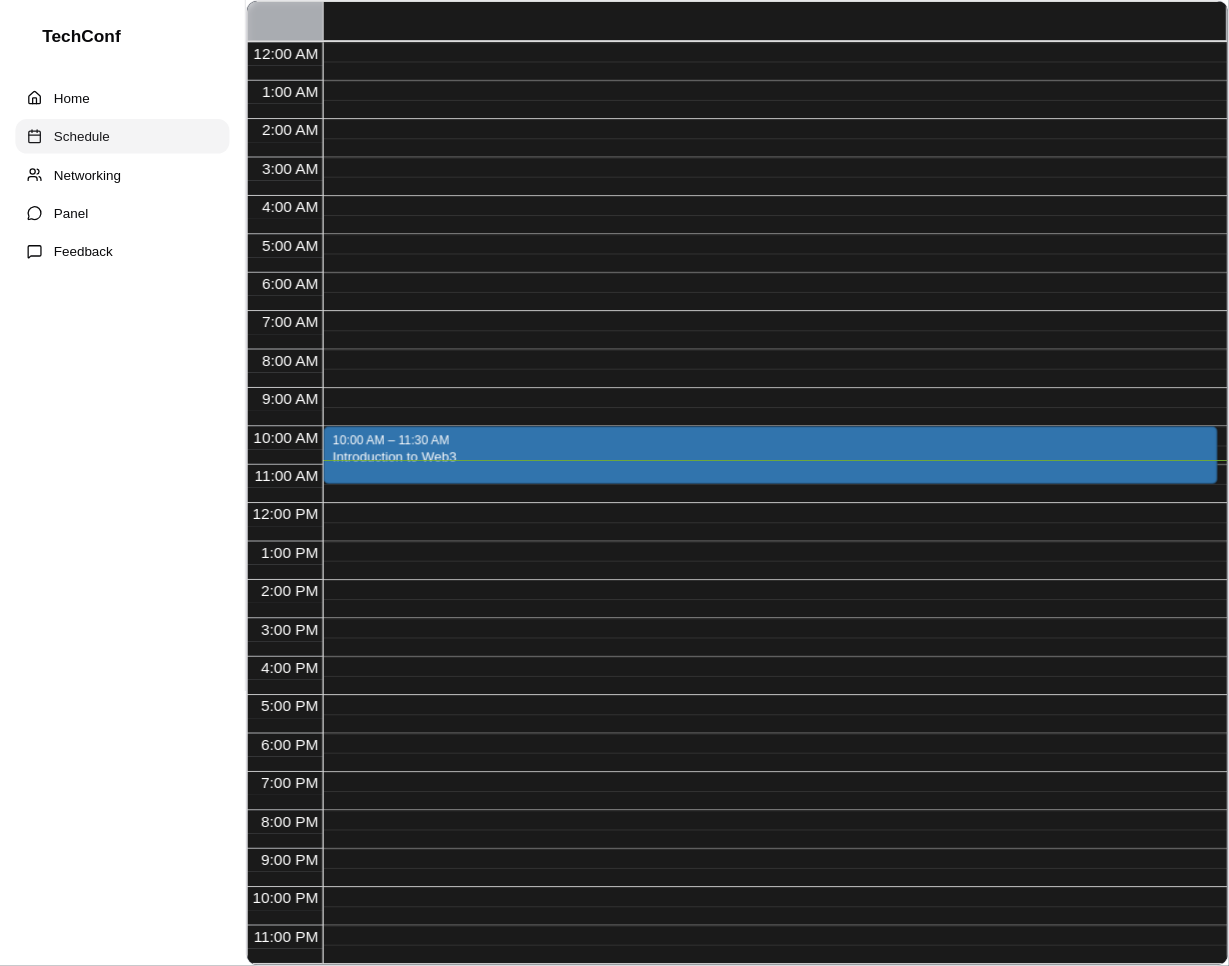
Repository: mrnavdal/symposium-2024
Page: /schedule (app in symposium24/)
An editor plug-in stored every save of this project. The page is shown before and after the next save, followed by the edit.
The browser window is 1280 px wide. The pictures show the whole page, at 96% of full size.
The project was rebuilt for these pictures with package versions that can differ from the ones it lists, and the page was loaded fresh each time. The framework's server and built-in components were replaced by stand-ins that run in the browser. Also part of the build but not shown: symposium24/next.config.ts.

Above is the page before, as saved 2024-11-08 13:40:15.

### symposium24/src/app/layout.tsx
import type { Metadata } from "next";
import localFont from "next/font/local";
import { ThemeProvider } from "@/components/ThemeProvider";
import { Navigation } from "@/components/Navigation";
import "./globals.css";
import '@/styles/calendar.css'

const geistSans = localFont({
  src: "./fonts/GeistVF.woff",
  variable: "--font-geist-sans",
  weight: "100 900",
});
const geistMono = localFont({
  src: "./fonts/GeistMonoVF.woff",
  variable: "--font-geist-mono",
  weight: "100 900",
});

export const metadata: Metadata = {
  title: "TechConf 2024",
  description: "Conference schedule and information",
};

export default function RootLayout({
  children,
}: Readonly<{
  children: React.ReactNode;
}>) {
  return (
    <html lang="en" suppressHydrationWarning>
      <body
        className={`${geistSans.variable} ${geistMono.variable} antialiased min-h-screen`}
      >
        <ThemeProvider
          attribute="class"
          defaultTheme="system"
          enableSystem
          disableTransitionOnChange
        >
          <Navigation />
          <main className="pb-16 md:pb-0 md:pl-64">
            {children}
          </main>
        </ThemeProvider>
      </body>
    </html>
  );
}

### symposium24/src/app/schedule/page.tsx
import { Calendar } from '@/components/Calendar'
import { PageTransition } from '@/components/PageTransition'
import { events } from '@/data/events'

export default function SchedulePage() {
  return (
    <PageTransition>

        <div className="h-full rounded-lg overflow-hidden border bg-card/50">
          <Calendar events={events} />
        </div>

    </PageTransition>
  )
}

### symposium24/src/components/ThemeProvider.tsx
'use client'

import * as React from 'react'
import { ThemeProvider as NextThemesProvider } from 'next-themes'

interface ThemeProviderProps {
  children: React.ReactNode
  attribute?: string
  defaultTheme?: string
  enableSystem?: boolean
  disableTransitionOnChange?: boolean
}

export function ThemeProvider({
  children,
  attribute,
  defaultTheme,
  enableSystem,
  disableTransitionOnChange,
}: ThemeProviderProps) {
  return (
    <NextThemesProvider
      attribute={attribute as 'class' | 'data-theme'}
      defaultTheme={defaultTheme}
      enableSystem={enableSystem}
      disableTransitionOnChange={disableTransitionOnChange}
    >
      {children}
    </NextThemesProvider>
  )
}

### symposium24/src/components/Navigation.tsx
'use client'

import { usePathname } from 'next/navigation'
import Link from 'next/link'
import { cn } from '@/lib/utils'
import {
  Home,
  Calendar,
  Users,
  MessageCircle,
  MessageSquare,
  LucideIcon
} from 'lucide-react'

interface NavItem {
  href: string
  label: string
  icon: LucideIcon
}

const navItems: NavItem[] = [
  { href: '/', label: 'Home', icon: Home },
  { href: '/schedule', label: 'Schedule', icon: Calendar },
  { href: '/networking', label: 'Networking', icon: Users },
  { href: '/discussion', label: 'Panel', icon: MessageCircle },
  { href: '/feedback', label: 'Feedback', icon: MessageSquare },
]

export function Navigation() {
  const pathname = usePathname()

  return (
    <>
      {/* Desktop Side Navigation */}
      <nav className="hidden md:flex fixed left-0 top-0 h-screen w-64 border-r bg-background p-4">
        <div className="space-y-4 w-full">
          <div className="px-3 py-2">
            <h2 className="mb-2 px-4 text-lg font-semibold">TechConf</h2>
          </div>
          <div className="space-y-1">
            {navItems.map((item) => (
              <Link
                key={item.href}
                href={item.href}
                className={cn(
                  'flex items-center gap-3 rounded-lg px-3 py-2 text-sm transition-colors',
                  pathname === item.href
                    ? 'bg-secondary text-secondary-foreground'
                    : 'hover:bg-secondary/80'
                )}
              >
                <item.icon className="h-4 w-4" />
                {item.label}
              </Link>
            ))}
          </div>
        </div>
      </nav>

      {/* Mobile Bottom Navigation */}
      <nav className="md:hidden fixed bottom-0 left-0 right-0 border-t bg-background z-50">
        <div className="flex items-center justify-around">
          {navItems.map((item) => (
            <Link
              key={item.href}
              href={item.href}
              className={cn(
                'flex flex-col items-center gap-1 p-3 text-xs',
                pathname === item.href
                  ? 'text-primary'
                  : 'text-muted-foreground'
              )}
            >
              <item.icon className="h-5 w-5" />
              <span>{item.label}</span>
            </Link>
          ))}
        </div>
      </nav>

      {/* Content Padding for Mobile Bottom Nav */}
      <div className="pb-16 md:pb-0 md:pl-64">
        {/* This div wraps the main content to provide padding */}
      </div>
    </>
  )
}

### symposium24/src/app/globals.css
@tailwind base;
@tailwind components;
@tailwind utilities;

body {
  font-family: Arial, Helvetica, sans-serif;
}

@layer base {
  :root {
    --background: 0 0% 100%;
    --foreground: 240 10% 3.9%;
    --card: 0 0% 100%;
    --card-foreground: 240 10% 3.9%;
    --popover: 0 0% 100%;
    --popover-foreground: 240 10% 3.9%;
    --primary: 240 5.9% 10%;
    --primary-foreground: 0 0% 98%;
    --secondary: 240 4.8% 95.9%;
    --secondary-foreground: 240 5.9% 10%;
    --muted: 240 4.8% 95.9%;
    --muted-foreground: 240 3.8% 46.1%;
    --accent: 240 4.8% 95.9%;
    --accent-foreground: 240 5.9% 10%;
    --destructive: 0 84.2% 60.2%;
    --destructive-foreground: 0 0% 98%;
    --border: 240 5.9% 90%;
    --input: 240 5.9% 90%;
    --ring: 240 5.9% 10%;
    --chart-1: 12 76% 61%;
    --chart-2: 173 58% 39%;
    --chart-3: 197 37% 24%;
    --chart-4: 43 74% 66%;
    --chart-5: 27 87% 67%;
    --radius: 0.75rem;
  }
  .dark {
    --background: 240 10% 3.9%;
    --foreground: 0 0% 98%;
    --card: 240 10% 3.9%;
    --card-foreground: 0 0% 98%;
    --popover: 240 10% 3.9%;
    --popover-foreground: 0 0% 98%;
    --primary: 0 0% 98%;
    --primary-foreground: 240 5.9% 10%;
    --secondary: 240 3.7% 15.9%;
    --secondary-foreground: 0 0% 98%;
    --muted: 240 3.7% 15.9%;
    --muted-foreground: 240 5% 64.9%;
    --accent: 240 3.7% 15.9%;
    --accent-foreground: 0 0% 98%;
    --destructive: 0 62.8% 30.6%;
    --destructive-foreground: 0 0% 98%;
    --border: 240 3.7% 15.9%;
    --input: 240 3.7% 15.9%;
    --ring: 240 4.9% 83.9%;
    --chart-1: 220 70% 50%;
    --chart-2: 160 60% 45%;
    --chart-3: 30 80% 55%;
    --chart-4: 280 65% 60%;
    --chart-5: 340 75% 55%;
  }
}

@layer base {
  * {
    @apply border-border;
  }
  body {
    @apply bg-background text-foreground;
  }
}

### symposium24/src/styles/calendar.css
/* Dark mode styles */
.rbc-calendar-dark {
  @apply text-white;
}

.rbc-calendar-dark .rbc-header {
  @apply bg-muted/50 border-border text-muted-foreground font-medium;
}

.rbc-calendar-dark .rbc-time-view {
  @apply border-border bg-card/50 backdrop-blur-sm;
}

.rbc-calendar-dark .rbc-time-header {
  @apply bg-muted/50 border-border;
}

.rbc-calendar-dark .rbc-time-content {
  @apply border-border;
}

.rbc-calendar-dark .rbc-time-slot {
  @apply text-muted-foreground;
}

.rbc-calendar-dark .rbc-today {
  @apply bg-muted/50;
}

.rbc-calendar-dark .rbc-current-time-indicator {
  @apply bg-primary;
}

/* General styles */
.rbc-header {
  @apply py-3 font-medium text-muted-foreground border-border bg-muted/30;
}

.rbc-time-view {
  @apply border-border bg-card/50 backdrop-blur-sm;
}

.rbc-time-header {
  @apply border-border bg-muted/30;
}

.rbc-time-content {
  @apply border-border;
}

.rbc-event {
  @apply rounded-md border shadow-sm;
}

.rbc-event-content {
  @apply text-sm font-medium;
}

.rbc-today {
  @apply bg-muted/30;
}

.rbc-current-time-indicator {
  @apply bg-primary;
}

.rbc-toolbar {
  @apply mb-4;
}

.rbc-toolbar button {
  @apply rounded-md border-border bg-card hover:bg-muted/50 transition-colors;
}

.rbc-toolbar button.rbc-active {
  @apply bg-primary text-primary-foreground hover:bg-primary/90;
}

.rbc-time-slot {
  @apply text-muted-foreground;
}

### symposium24/src/components/Calendar.tsx
'use client'

import { Calendar as BigCalendar, momentLocalizer, View } from 'react-big-calendar'
import moment from 'moment'
import { CalendarEvent } from '@/types/event'
import { cn } from '@/lib/utils'
import { useTheme } from 'next-themes'
import { useMemo } from 'react'

import 'react-big-calendar/lib/css/react-big-calendar.css'

const localizer = momentLocalizer(moment)

const eventStyleGetter = (event: CalendarEvent) => {
  const isPast = moment(event.end).isBefore(moment())
  const isOngoing = moment().isBetween(event.start, event.end)

  const baseStyle = {
    workshop: 'bg-blue-500/90 hover:bg-blue-600 border-blue-600',
    lecture: 'bg-green-500/90 hover:bg-green-600 border-green-600',
    networking: 'bg-purple-500/90 hover:bg-purple-600 border-purple-600'
  }[event.type]

  return {
    className: cn(
      baseStyle,
      'rounded-md border backdrop-blur-sm transition-colors',
      isPast && 'opacity-50 hover:opacity-70',
      isOngoing && 'ring-2 ring-yellow-400/50 shadow-lg'
    ),
    style: {
      padding: '4px 8px',
    }
  }
}

interface CalendarProps {
  events: CalendarEvent[]
}
export function Calendar({ events }: CalendarProps) {
  const { theme } = useTheme()

  console.log('Calendar events:', events)

  const calendarProps = useMemo(() => ({
    className: cn(
      'h-[700px] md:h-[800px] bg-gray-900',
      theme === 'dark' && 'rbc-calendar-dark',
    ),
    localizer,
    events,
    defaultView: 'day' as View,
    views: ['day'] as View[],
    step: 30,
    timeslots: 2,
    eventPropGetter: eventStyleGetter,
    tooltipAccessor: (event: CalendarEvent) =>
      `${event.title}\nLocation: ${event.location}\nSpeaker: ${event.speaker}`,
    dayPropGetter: () => ({
      style: {
        backgroundColor: theme === 'dark' ? '#121212' : '#1a1a1a',
        color: theme === 'dark' ? '#e5e5e5' : '#fff'
      }
    }),
    slotPropGetter: () => ({
      style: {
        backgroundColor: theme === 'dark' ? '#121212' : '#1a1a1a',
        borderColor: theme === 'dark' ? '#2a2a2a' : '#333',
        color: theme === 'dark' ? '#e5e5e5' : '#fff'
      }
    }),
    toolbar: false
  }), [events, theme])

  return <BigCalendar {...calendarProps} />
}

### symposium24/src/components/PageTransition.tsx
'use client'

import { motion } from 'framer-motion'
import { fadeIn } from '@/lib/animations'

interface PageTransitionProps {
  children: React.ReactNode
  className?: string
}

export function PageTransition({ children, className }: PageTransitionProps) {
  return (
    <motion.div
      variants={fadeIn}
      initial="initial"
      animate="animate"
      exit="exit"
      className={className}
    >
      {children}
    </motion.div>
  )
}

### symposium24/src/data/events.ts
import { CalendarEvent } from '@/types/event'

export const events: CalendarEvent[] = [
  {
    id: '1',
    title: 'Introduction to Web3',
    type: 'lecture',
    start: new Date(2024, 10, 8, 10, 0),
    end: new Date(2024, 10, 8, 11, 30),
    speaker: 'Jane Smith',
    location: 'Main Hall',
    description: 'An overview of Web3 technologies and their impact on the future of the internet.'
  },
  {
    id: '2',
    title: 'Building Smart Contracts',
    type: 'workshop',
    start: new Date(2024, 3, 15, 13, 0),
    end: new Date(2024, 3, 15, 15, 0),
    speaker: 'John Doe',
    location: 'Workshop Room A',
    description: 'Hands-on workshop on creating and deploying smart contracts.'
  },
  {
    id: '3',
    title: 'Networking Lunch',
    type: 'networking',
    start: new Date(2024, 3, 15, 12, 0),
    end: new Date(2024, 3, 15, 13, 0),
    speaker: '',
    location: 'Dining Hall',
    description: 'Network with fellow attendees over lunch.'
  }
]

### symposium24/src/lib/animations.ts
export const fadeIn = {
  initial: { opacity: 0, y: 20 },
  animate: { opacity: 1, y: 0 },
  exit: { opacity: 0, y: 20 }
}

export const staggerContainer = {
  animate: {
    transition: {
      staggerChildren: 0.1
    }
  }
}

export const slideIn = {
  initial: { x: -20, opacity: 0 },
  animate: { x: 0, opacity: 1 },
  exit: { x: 20, opacity: 0 }
}

export const scaleIn = {
  initial: { scale: 0.9, opacity: 0 },
  animate: { scale: 1, opacity: 1 },
  exit: { scale: 0.9, opacity: 0 }
}

### symposium24/tailwind.config.ts
import type { Config } from "tailwindcss";

export default {
    darkMode: ["class"],
    content: [
    "./src/pages/**/*.{js,ts,jsx,tsx,mdx}",
    "./src/components/**/*.{js,ts,jsx,tsx,mdx}",
    "./src/app/**/*.{js,ts,jsx,tsx,mdx}",
  ],
  theme: {
  	extend: {
  		colors: {
  			background: 'hsl(var(--background))',
  			foreground: 'hsl(var(--foreground))',
  			card: {
  				DEFAULT: 'hsl(var(--card))',
  				foreground: 'hsl(var(--card-foreground))'
  			},
  			popover: {
  				DEFAULT: 'hsl(var(--popover))',
  				foreground: 'hsl(var(--popover-foreground))'
  			},
  			primary: {
  				DEFAULT: 'hsl(var(--primary))',
  				foreground: 'hsl(var(--primary-foreground))'
  			},
  			secondary: {
  				DEFAULT: 'hsl(var(--secondary))',
  				foreground: 'hsl(var(--secondary-foreground))'
  			},
  			muted: {
  				DEFAULT: 'hsl(var(--muted))',
  				foreground: 'hsl(var(--muted-foreground))'
  			},
  			accent: {
  				DEFAULT: 'hsl(var(--accent))',
  				foreground: 'hsl(var(--accent-foreground))'
  			},
  			destructive: {
  				DEFAULT: 'hsl(var(--destructive))',
  				foreground: 'hsl(var(--destructive-foreground))'
  			},
  			border: 'hsl(var(--border))',
  			input: 'hsl(var(--input))',
  			ring: 'hsl(var(--ring))',
  			chart: {
  				'1': 'hsl(var(--chart-1))',
  				'2': 'hsl(var(--chart-2))',
  				'3': 'hsl(var(--chart-3))',
  				'4': 'hsl(var(--chart-4))',
  				'5': 'hsl(var(--chart-5))'
  			}
  		},
  		borderRadius: {
  			lg: 'var(--radius)',
  			md: 'calc(var(--radius) - 2px)',
  			sm: 'calc(var(--radius) - 4px)'
  		}
  	}
  },
  plugins: [
    require("tailwindcss-animate"),
    require('@tailwindcss/typography'),
  ],
} satisfies Config;

Loaded but not shown: symposium24/src/lib/utils.ts (common file)

After the next save:
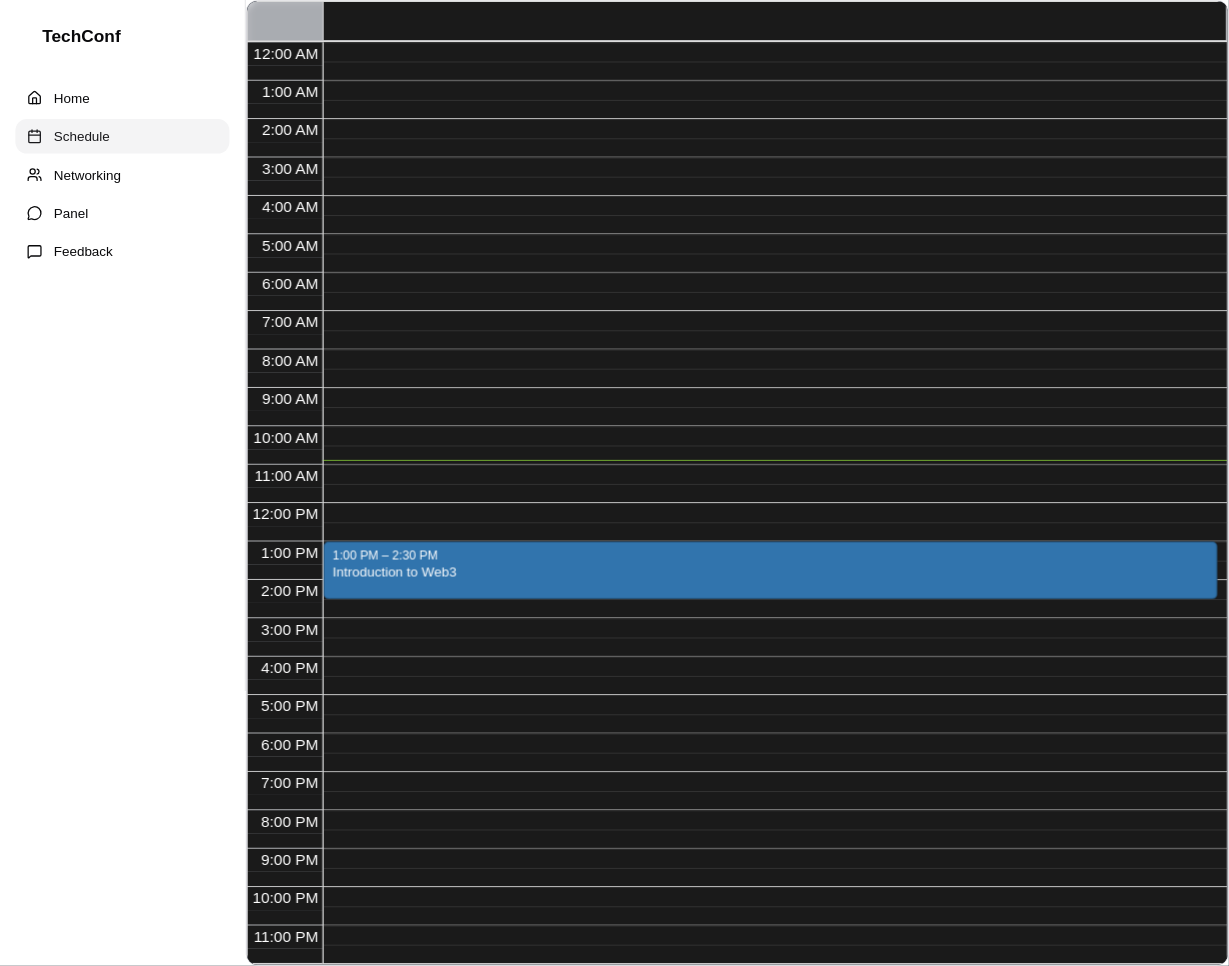
Saved 26 s later.
--- a/symposium24/src/data/events.ts
+++ b/symposium24/src/data/events.ts
@@ -5,8 +5,8 @@ export const events: CalendarEvent[] = [
     id: '1',
     title: 'Introduction to Web3',
     type: 'lecture',
-    start: new Date(2024, 10, 8, 10, 0),
-    end: new Date(2024, 10, 8, 11, 30),
+    start: new Date(2024, 10, 8, 13, 0),
+    end: new Date(2024, 10, 8, 14, 30),
     speaker: 'Jane Smith',
     location: 'Main Hall',
     description: 'An overview of Web3 technologies and their impact on the future of the internet.'
